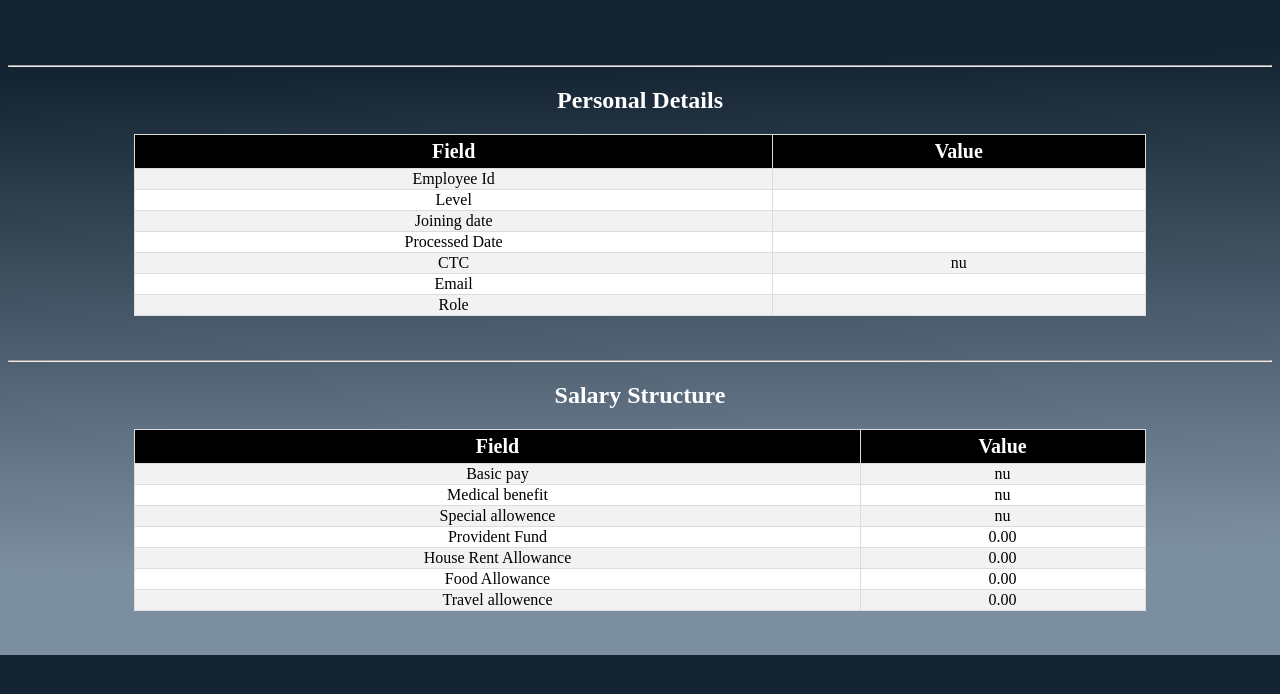
Repository: Mainak-Deb/EmployeeApprisalApp
Page: http://localhost/EmployeeApprisalForm/WEB-INF/views/userPage.jsp
An editor plug-in stored every save of this project. The page is shown before and after the next save, followed by the edit.
The browser window is 1280 px wide. The pictures show the whole page.
The page is served by Tomcat 9. Nobody is signed in. The template is opened directly, without the code that normally fills it, so the values that code supplies are empty.

Above is the page before, as saved 2023-06-27 11:32:49.

After the next save:
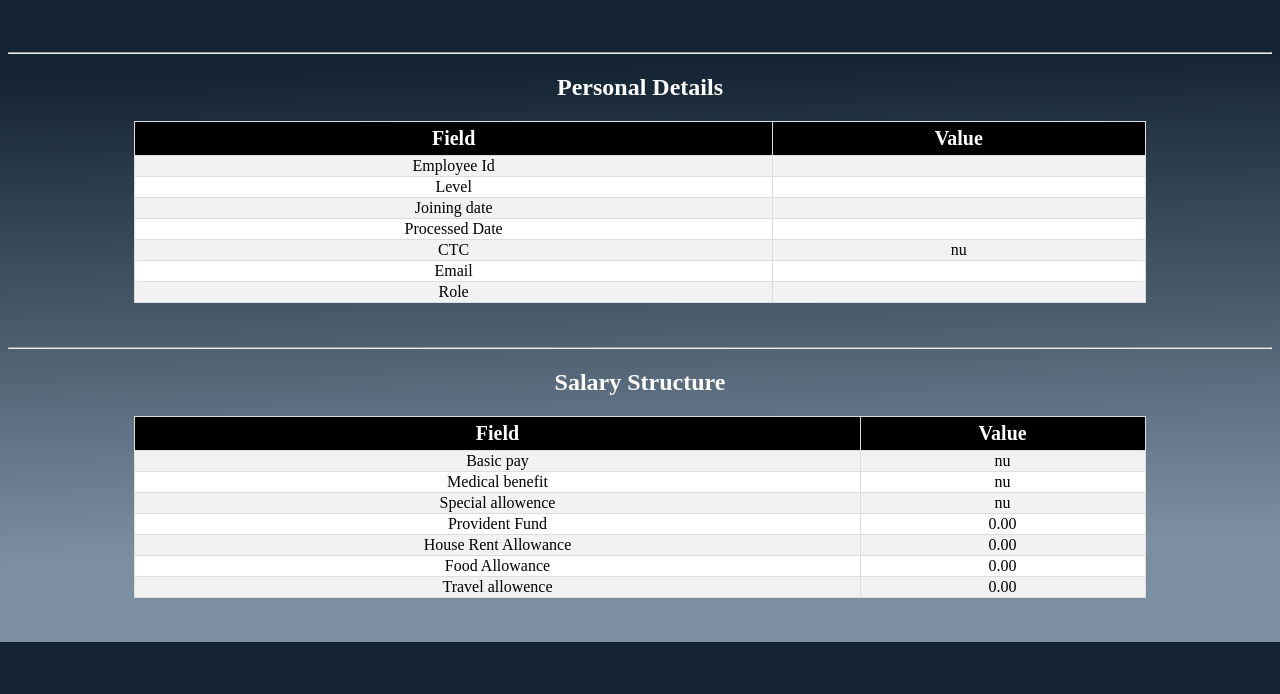
Saved 54 s later.
--- a/EmployeeApprisalForm/src/main/webapp/WEB-INF/views/userPage.jsp
+++ b/EmployeeApprisalForm/src/main/webapp/WEB-INF/views/userPage.jsp
@@ -24,9 +24,10 @@
 
 </head>
 <body>
-
+	<div id="user-head>
     <h1 style="text-align: center;" >${employeeDetails.name}</h1>
     <div style="text-align: center;" >${employeeDetails.designation}</div> <br><br>
+    </div>
     <hr>
     <div>
     <h2 style="text-align: center;" >Personal Details</h2>
